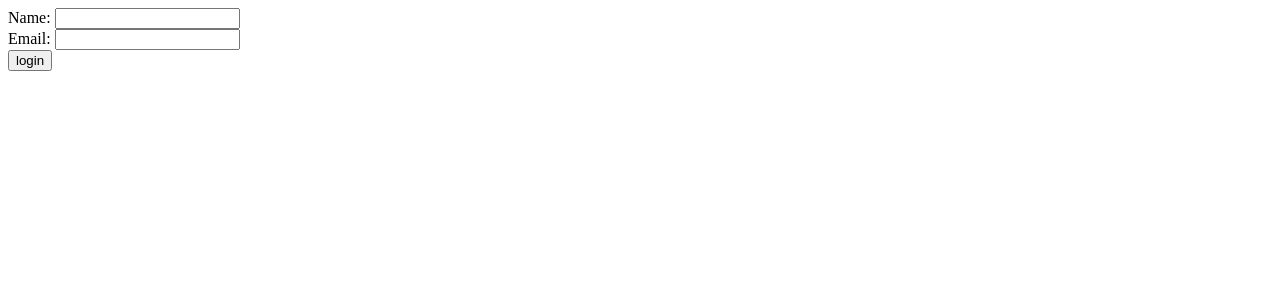
Repository: Leangheng-huge/frontend-proposal_web
Page: index.html
These files come from the project's save history. The page is drawn as it stood at one moment and after a run of saves; the edit follows.
The browser window is 1280 px wide. The pictures show the whole page.

Above is the page before, as saved 2025-11-14 23:26:24.

### index.html
<!DOCTYPE html>
<html lang="en">
<head>
    <meta charset="UTF-8">
    <meta name="viewport" content="width=device-width, initial-scale=1.0">
    <title>website</title>
</head>
<style></style>
<body>
    <form >
        <div>
            <label>Name:
                <input type="text" name="name">
            </label>
        </div>
        <div>
            <label>Email:
                <input type="email" name="email">
            </label>
        </div>
        <div>
            <button type="login">login</button>
        </div>
    </form>
</body>
</html>

After the next 2 saves:
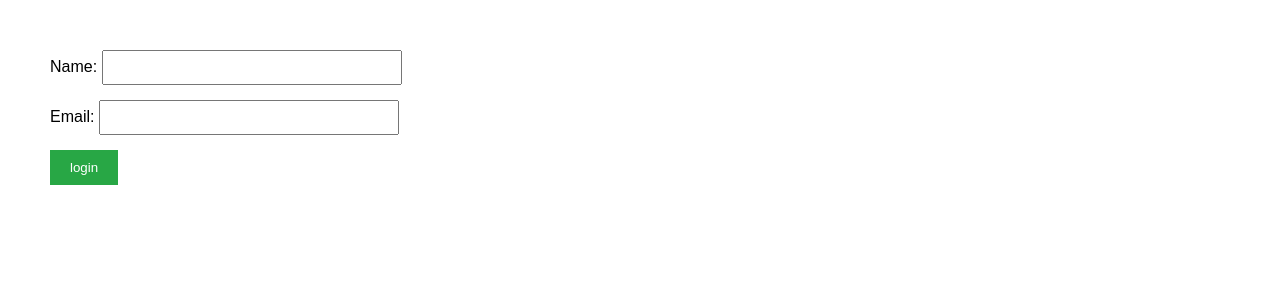
The 2 saves are shown as one change because they came seconds apart.
The last was saved 8 s later.
--- a/index.html
+++ b/index.html
@@ -5,7 +5,34 @@
     <meta name="viewport" content="width=device-width, initial-scale=1.0">
     <title>website</title>
 </head>
-<style></style>
+<style>
+    body {
+        font-family: Arial, sans-serif;
+        margin: 50px;
+    }
+    form div {
+        margin-bottom: 15px;
+    }
+    label {
+        display: block;
+        margin-bottom: 5px;
+    }
+    input {
+        padding: 8px;
+        width: 300px;
+        box-sizing: border-box;
+    }
+    button {
+        padding: 10px 20px;
+        background-color: #28a745;
+        color: white;
+        border: none;
+        cursor: pointer;
+    }
+    button:hover {
+        background-color: #218838;
+    }
+</style>
 <body>
     <form >
         <div>
